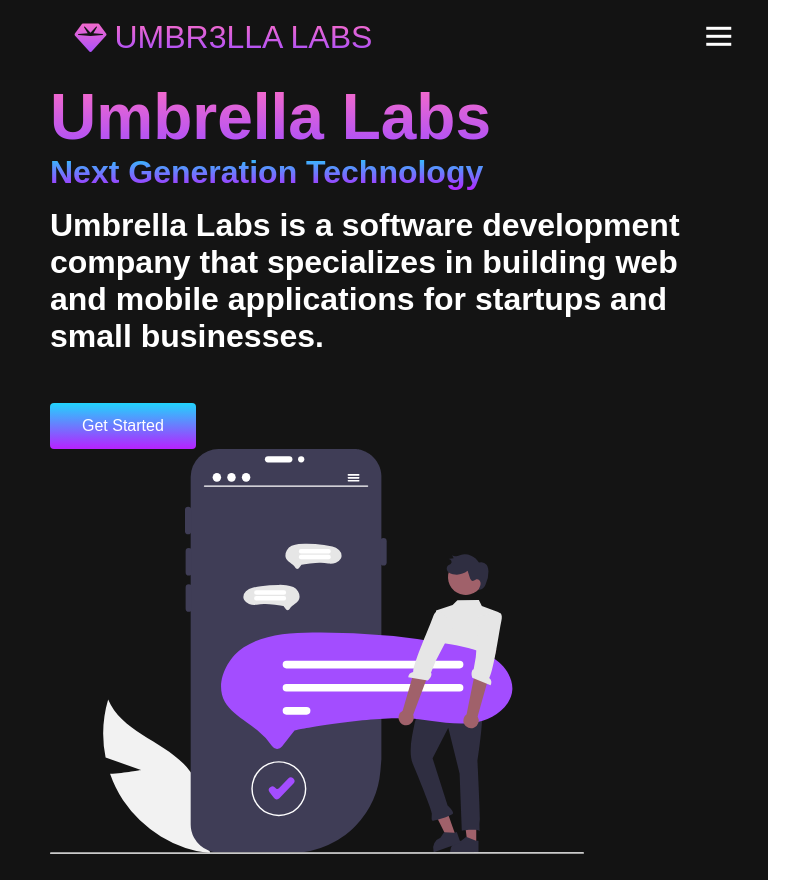
Repository: MikeeBuilds/umbr3lla
Page: index.html
An editor plug-in stored every save of this project. The page is shown before and after a run of saves, followed by the edit.
The browser window is 768 px wide. The page is 792 px wide, so the pictures cover 792 px, including what lies to the right of the window. The pictures show the whole page.
Some web fonts or font styles are not loaded; a fallback is used. Some web libraries are served in a nearby version.

Above is the page before, as saved 2023-05-27 19:57:14.

### index.html
<!DOCTYPE html>
<html lang="en">
  <head>
    <meta charset="UTF-8" />
    <meta http-equiv="X-UA-Compatible" content="IE=edge" />
    <meta name="viewport" content="width=device-width, initial-scale=1.0" />
    <title>Umbr3lla Labs</title>
    <link
      rel="stylesheet"
      href="https://cdnjs.cloudflare.com/ajax/libs/font-awesome/5.15.3/css/all.min.css"
    />

    <link rel="stylesheet" href="styles.css" />
    <script src="https://kit.fontawesome.com/f8f61e487a.js" crossorigin="anonymous"></script>
    <link rel="stylesheet" href="https://fonts.goggleapis.com/css2?family=Kumbh+Sans:wght@400;700&display=swap">
  </head>
  <body>
    <!-- Navbar Section -->
    <nav class="navbar">
      <div class="navbar__container">
        <a href="/" id="navbar__logo">

          <i class="fas fa-gem "></i>  UMBR3LLA LABS</a>
        <div class="navbar__toggle" id="mobile-menu">
          <span class="bar"></span>
          <span class="bar"></span>
          <span class="bar"></span>
        </div>

        <ul class="navbar__menu">
          <li class="navbar__item">
            <a href="/" class="navbar__links"> Home </a>
          </li>
          <li class="navbar__item">
            <a href="/tech.html" class="navbar__links"> Tech </a>
          </li>
          <li class="navbar__item">
            <a href="/" class="navbar__links"> Products </a>
          </li>
          <li class="navbar__btn">
            <a href="/" class="button"> Sign Up </a>
          </li>
        </ul>
      </div>
    </nav>

    <!-- Hero Section -->
    <div class="main">
        <div class="main__container">
            <div class="main__content">
                <h1>Umbrella Labs</h1>
                <h2>
                    Next Generation Technology
                </h2>
                <p>Umbrella Labs is a software development company that specializes in building web and mobile applications for startups and small businesses.</p>
                <button class="main__btn"><a href="/">Get Started</a></button>
            </div>
            <div class="main__img--container">
                <img src="images/pic1.svg" alt="pic" id="main__img">
        </div>
    </div>
    <script src="app.js"></script>
  </body>
</html>

### styles.css
* {
    box-sizing: border-box;
    margin: 0;
    padding: 0;
    font-family: 'Kumbh Sans', sans-serif;
}

.navbar {
    background: #131313;
    height: 80px;
    display: flex;
    justify-content: center;
    align-items: center;
    font-size: 1.2rem;
    position: sticky;
    top: 0;
    z-index: 999;
}

.navbar__container {
    display: flex;
    justify-content: space-between;
    height: 80px;
    z-index: 1;
    width: 100%;
    max-width: 1300px;
    margin: 0 auto;
    padding: 0 50px;
    max-width: 1100px;
}

#navbar__logo {
    background-color: #ff8177;
    background-image: linear-gradient(to top,  #a34dff, #ff6ec4);
    background-size: 100%;
    -webkit-background-clip: text;
    -moz-background-clip: text;
    -webkit-text-fill-color: transparent;
    -moz-text-fill-color: transparent;
    display: flex;
    align-items: center;
    cursor: pointer;
    text-decoration: none;
    font-size: 2rem;
}

.fa-gem {
    margin-right: 0.5rem;
}

.navbar__menu {
    display: flex;
    align-items: center;
    list-style: none;
    text-align: center;
}

.navbar__item {
    height: 80px;
}

.navbar__links {
    color: #fff;
    display: flex;
    align-items: center;
    text-decoration: none;
    padding: 0.5rem 1rem;
    height: 100%;
}

.navbar__btn {
    display: flex;
    align-items: center;
    justify-content: center;
    padding: 0 1rem;
    width: 100%;
    height: 100%;
    border: none;
    outline: none;
}

.button {
    border-radius: 4px;
    background: linear-gradient(135deg, #a34dff, #ff6ec4);
    padding: 10px 22px;
    color: #fff;
    font-size: 16px;
    outline: none;
    border: none;
    cursor: pointer;
    transition: all 0.2s ease-in-out;
    text-decoration: none;
}

.button:hover {
    transition: all 0.2s ease-in-out;
    background: linear-gradient(135deg, #ff6ec4, #a34dff);
    color: #fff;
}

.navbar__links:hover {
    color: #ff6ec4;
    transition: all 0.3s ease;
}



@media screen and (max-width: 960px) {
    .navbar__container {
        display: flex;
        justify-content: space-between;
        height: 80px;
        z-index: 1;
        width: 100%;
        max-width: 1300px;
        padding: 0 24px;
    }


    .navbar__menu {
        display: grid;
        grid-template-columns: auto;
        margin: 16px 0;
        width: 100%;
        position: absolute;
        top: -1000px;
        opacity: 0;
        transition: all 0.5s ease;
        height: 50vh;
        z-index: -1;
    }

    .navbar__menu.active {
        background: #131313;
        top: 100%;
        opacity: 1;
        transition: all 0.5s ease;
        z-index: 1;
        height: 50vh;
        font-size: 1.6rem;
    }

    #navbar__logo {
        display: flex;
        justify-content: start;
        position: absolute;
        top: 0;
        left: 0;
        transform: translate(25%, 50%);
    }

    .navbar__toggle .bar {
        width: 25px;
        height: 3px;
        margin: 5px auto;
        transition: all 0.3s ease-in-out;
        background: #fff;
    }

    .navbar__item {
        width: 100%;
    }

    .navbar__links {
        text-align: center;
        padding: 2rem;
        width: 100%;
        display: table;
    }

    #mobile-menu {
        position: absolute;
        top: 20%;
        right: 5%;
        transform: translate(5%, 20%);
    }

    .navbar__btn {
        padding: 2rem;
    }

    .button {
        display: flex;
        justify-content: center;
        align-items: center;
        width: 80%;
        height: 80px;
        margin: 0;
    }

    .navbar__toggle .bar {
        display: block;
        cursor: pointer;
    }

    #mobile-menu.is-active .bar:nth-child(2) {
        opacity: 0;
    }

    #mobile-menu.is-active .bar:nth-child(1) {
        transform: translateY(8px) rotate(45deg);
    }

    #mobile-menu.is-active .bar:nth-child(3) {
        transform: translateY(-8px) rotate(-45deg);
    }


}

/* Hero Section CSS */

.main {
    background: #131313;
    height: 100vh;
    max-height: 1100px;
    position: relative;
    overflow: hidden;
}

.main__container {
    display: grid;
    grid-template-columns: 1fr 1fr;
    justify-self: center;
    margin: 0 auto;
    height: 90vh;
    align-items: center;
    background-color: #141414;
    z-index: 1;
    width: 100%;
    max-width: 1300px;
    padding: 0 50px;
}

.main__content h1 {
    font-size: 4rem;
    background-color: #a34dff;
    background-image: linear-gradient(to top,  #a34dff, #ff6ec4);
    background-size: 100%;
    -webkit-background-clip: text;
    -moz-background-clip: text;
    -webkit-text-fill-color: transparent;
    -moz-text-fill-color: transparent;
}

.main__content h2 {
    font-size: 2rem;
    background-color: #a34dff;
    background-image: linear-gradient(to top,  #b721ff, #21d4fd);
    background-size: 100%;
    -webkit-background-clip: text;
    -moz-background-clip: text;
    -webkit-text-fill-color: transparent;
    -moz-text-fill-color: transparent;
}

.main__content p {
    margin: 1rem 0;
    font-size: 2rem;
    font-weight: 700;
    color: #fff;
}

.main__btn {
    font-size: 1rem;
    background-image: linear-gradient(to top, #b721ff 0%, #21d4fd 100%);
    padding: 14px 32px;
    border-radius: 4px;
    border: none;
    color: #fff;
    cursor: pointer;
    margin-top: 2rem;
    position: relative;
    transition: all 0.35s;
    outline: none;
}

.main__btn:hover {
    background-image: linear-gradient(to top, #21d4fd 0%, #b721ff 100%);
    transform: translateY(-2px);
    box-shadow: 0 10px 20px rgba(0, 0, 0, 0.2);
}

.main__btn a {
    position: relative;
    z-index: 2;
    color: #fff;
    text-decoration: none;
}

.main__btn::after {
    content: "";
    position: absolute;
    z-index: 1;
    top: 0;
    left: 0;
    width: 0%;
    height: 100%;
    background-image: linear-gradient(to top, #b721ff 0%, #21d4fd 100%);
    transition: all 0.35s;
    border-radius: 4px;
}

#main__img {
    height: 80%;
    width: 80%;
}

/* Mobile Responsive */

@media screen and (max-width: 768px) {
    .main__container {
        display: grid;
        grid-template-columns: auto;
        align-items: center;
        justify-self: center;
        margin: 0 auto;
        width: 100%;
        height: 90vh;
    }
}

### app.js
const menu = document.querySelector('#mobile-menu')
const menuLinks = document.querySelector('.navbar__menu')

menu.addEventListener('click', function() {
    menu.classList.toggle('is-active')
    menuLinks.classList.toggle('active')
})

After the next 2 saves:
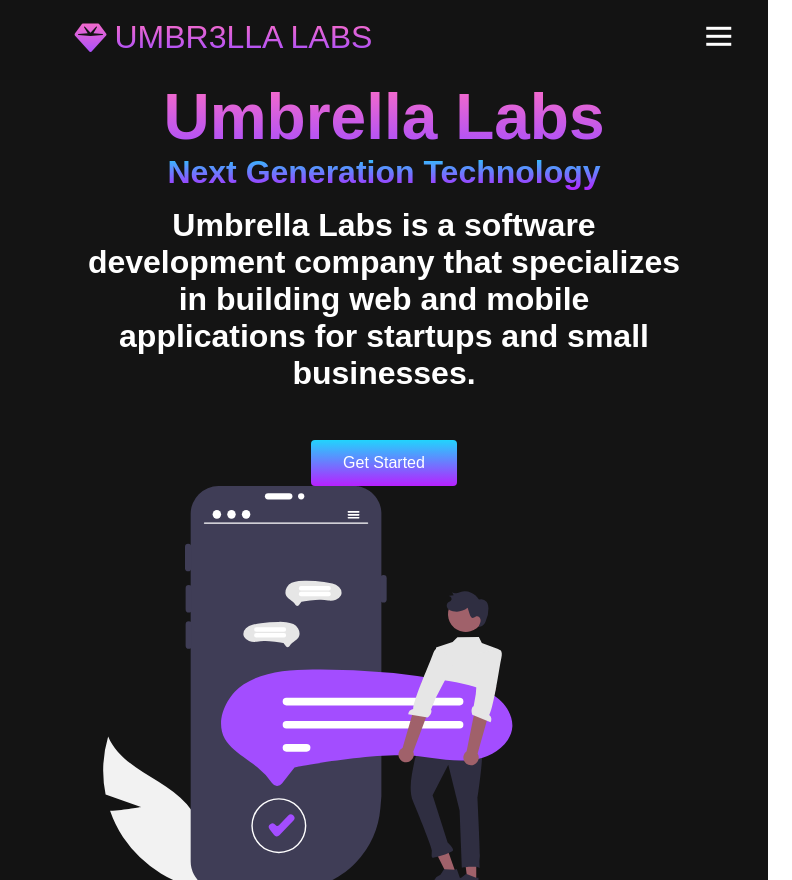
The 2 saves are shown as one change because they came seconds apart.
The last was saved 19 s later.
--- a/styles.css
+++ b/styles.css
@@ -318,4 +318,9 @@
         width: 100%;
         height: 90vh;
     }
-}
+
+    .main__content {
+        padding: 0 2rem;
+        text-align: center;
+    }
+}
